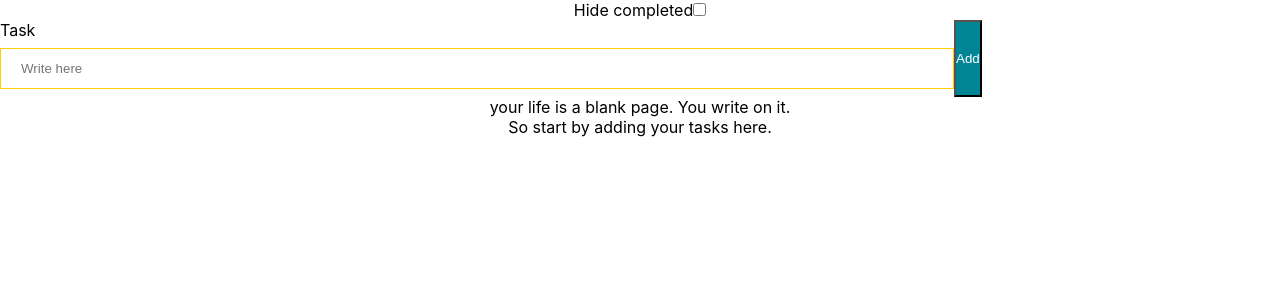
Repository: ArusyakAghajanyan/ToDoMamble
Page: /
The author's editor kept a copy of each file at every save. The page is drawn from the files as they stood at one save, then again after a run of saves.
The browser window is 1280 px wide. The pictures show the whole page.
The project was rebuilt for these pictures with package versions that can differ from the ones it lists, and the page was loaded fresh each time. Also part of the build but not shown: src/components/ToDoItem.jsx, src/components/confirm.css, src/components/Confirm.jsx.

Above is the page before, as saved 2022-05-23 12:26:41.

### src/App.js

import './App.css';
import AddItem from './components/AddItem';
import ToDoList from './components/ToDoList';
import Confirm from './components/Confirm';
import {useState,useEffect} from 'react'


function App() {
  const [todo, setTodo]=useState([]);
  const [filteredTodo,setFilteredTodo]=useState([]);
  const [modal, setModal] = useState(false);
const [confirmStatus, setConfirmStatus] = useState(false);
  const [deleteItem, setDeletItem] = useState({});

  function modalStatus(status, item){
    console.log(status, item);
    setModal(status);
    setDeletItem(item);

  }
  function confirmDelete(status){
    console.log("deletestatus=", status);
    if(status === "no") {
      setConfirmStatus(false);
      setModal(false);
    }else if (status === "yes"){
      setConfirmStatus(true);
      setModal(false)
    }
  }
  function filter(check){
    if(check){
      setFilteredTodo(todo.filter(td => td.isCompleted))
    }else{
      setFilteredTodo([]);
    }
  }

  useEffect(()=>{
    console.log("confirmStatus=", confirmStatus);
    if(confirmStatus){
      setTodo(todo.filter(value => value.id !== deleteItem.id));
      setDeletItem({});
    }
    setConfirmStatus(false);
      console.log(modal);

  },[confirmStatus])

useEffect(() => {
  let todos;
  let storageData = localStorage.getItem("todos");
  if(storageData !== "undefined"){
    todos = JSON.parse(storageData);
  }
  if(todos) setTodo(todos);
}, [])

useEffect(() => {
 if(todo.length > 0) localStorage.setItem("todos",JSON.stringify(todo))
 if(todo.length == 0) localStorage.clear();
}, [todo])

  return (
    <div className="App">
      <label htmlFor="filter">
      Hide completed
      <input id="filter" type="checkbox" onChange={(e)=>{
      filter(e.target.checked)
      }} />
      </label>
      <AddItem onAdd={(text)=>{
        setTodo([{
          id:Math.random(),
          text:text,
          isCompleted:false
        },...todo])
      }}/>
      <ToDoList
      todo={filteredTodo.length > 0 ? todo.filter(td => !td.isCompleted):todo}
      modalStatus={modalStatus}
      onChange={(newItem)=>{
      setTodo(todo.map(td=>{
        if(td.id==newItem.id){
          return newItem
        }
        return td
      }))
      }}
      />
       { modal && <Confirm confirmDelete={confirmDelete} modalStatus={modalStatus}/>}
    </div>
  );
}

export default App;

### src/components/AddItem.jsx
import {React, useState, useEffect, useRef} from 'react'
import './addItem.css'

export default function AddItem({onAdd}) {
    const [text, setText] = useState("");
    const[errorMes,setErrorMes] = useState("");
    const inputText = useRef(0);
    let validText = "";
    useEffect(() => {
        inputText.current.addEventListener("keyup",(e)=>{
            let id=setTimeout(()=>{
            validText = e.target.value;
            if(validText.length >= 54 ){
             setErrorMes("Task content can contain max 54 characters.")
            } else {
                setErrorMes("");
                setText(validText);
            }
            },1000);
            return () => clearTimeout(id)
        })
    }, [text])

    return (

      <form
      className="formTask"
      onSubmit={(e)=>{
          e.preventDefault();
          if(errorMes==="" && text !=="") onAdd(text);
          if(errorMes==="") setText("");
      }}>
      <div id="formDiv">
       <div className="inputDiv">
            <label className="taskLabel" htmlFor="inputText"> Task
            </label>
            <input
            id="inputText"
            type="text"
            style={errorMes ? {borderColor: 'red'} : {borderColor:'#FFCD04'}}
            ref= {inputText}
             value={text}
             placeholder="Write here"
            onChange={(e)=>{
            setText(e.target.value)
            }}/>
            <p>{errorMes}</p>
            </div>
            <button className="addbut">Add</button>

            </div>
         </form>

    )
}

### src/components/ToDoList.jsx
import React from 'react';
import ToDoItem from './ToDoItem'

export default function ToDoList({todo,modalStatus,onChange}) {
    return (
        <div>
           {todo && todo.length > 0 ? todo.map(item=>{
               return (
<ToDoItem
key={item.id}
item = {item}
modalStatus={modalStatus}
onChange={onChange}
/>
               )
           }):
            <>
            <p>your life is a blank page. You write on it.</p>
            <p>So start by adding your tasks here.</p>
            </>
        }
        </div>
    )
}

### src/components/addItem.css
*{
    margin: 0;
    padding: 0;
    box-sizing: border-box;
}
.addbut{
    background-color: #008594;
    color: #FFFFFF;
    width: 100px;
}
#formDiv{
    display: flex;


}
#inputText{
    position: center;
    width: 954px;
    padding: 12px 20px;
    margin: 8px 0;
    border: 1px solid #FFCD04;
    outline: none;

}
#inputText:hover{
    border: 1px solid rgb(90, 10, 90)
}
.taskLabel{

    float: left;

}
.formTask{
    width: 954px;
}

### src/components/toDoItem.css
*{
   margin: 0;
   padding: 0;
   box-sizing: border-box;
}

Loaded but not shown: public/index.html (common file); src/index.js (common file); src/index.css (common file); src/reportWebVitals.js (common file); src/App.css (common file)

After the next 2 saves:
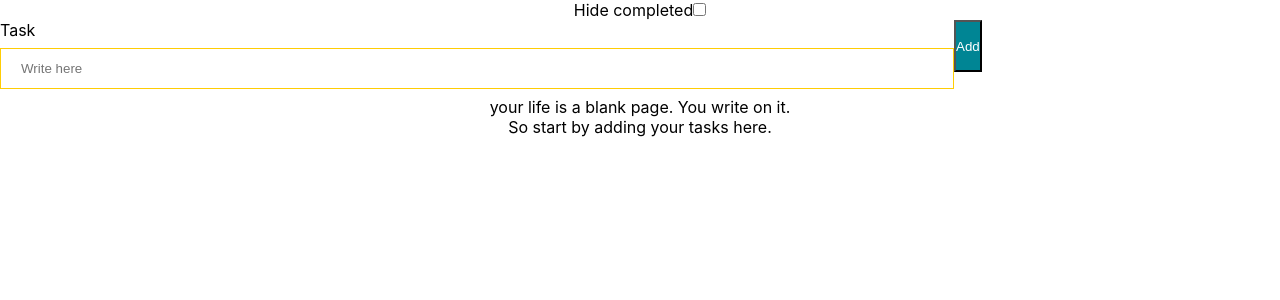
The 2 saves are shown as one change because they came seconds apart.
The last was saved 25 s later.
--- a/src/components/addItem.css
+++ b/src/components/addItem.css
@@ -7,6 +7,7 @@
     background-color: #008594;
     color: #FFFFFF;
     width: 100px;
+    height: 52px;
 }
 #formDiv{
     display: flex;
